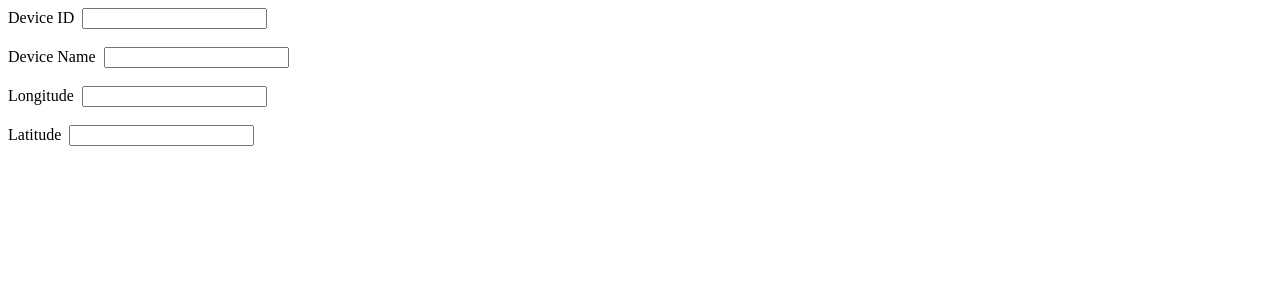
Repository: JagpreetJattana/Comp313-Programming-Project
Page: http://localhost/Comp313Web/
The author's editor kept a copy of each file at every save. The page is drawn from the files as they stood at one save, then again after the next save.
The browser window is 1280 px wide. The pictures show the whole page.
The page is served by Tomcat 9.

Above is the page before, as saved 2016-02-08 05:09:26.

After the next save:
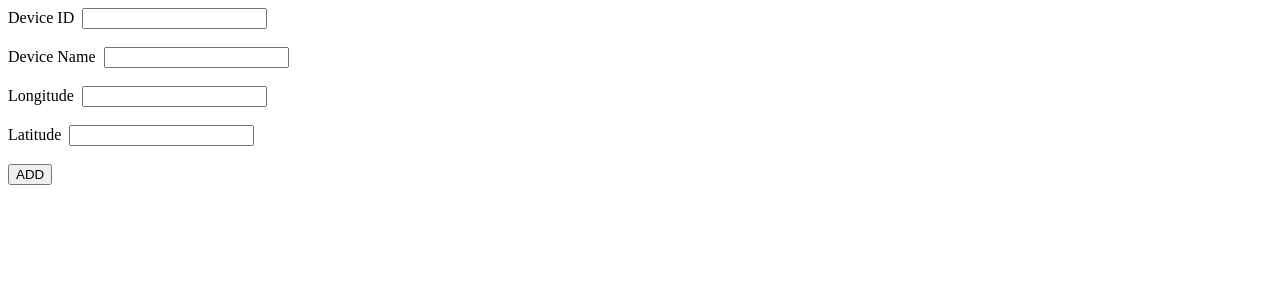
Saved 75 s later.
--- a/Comp313Web/WebContent/index.jsp
+++ b/Comp313Web/WebContent/index.jsp
@@ -13,6 +13,8 @@
 			Longitude &nbsp;<input type="text" name="longi"><br><br>
 			Latitude &nbsp;<input type="text" name="leti"><br><br>
 
+			<input type ="submit" value="ADD" name="addbtn" style="text:align:center">
+
 </form>
 
 </body>
